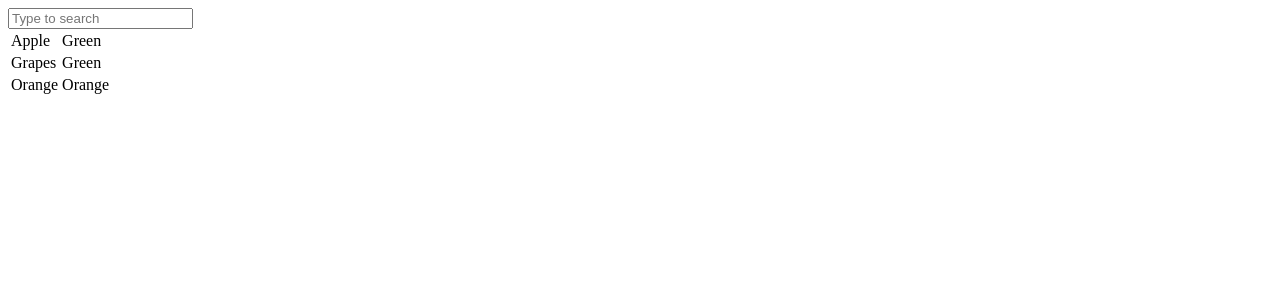
Repository: yamadayurika/rails
Page: RealTimeFilter/filter.html
The author's editor kept a record of every edit. The page is drawn from the files as they stood at one moment, then again after the next edit.
The browser window is 1280 px wide. The pictures show the whole page.
Some web libraries are served in a nearby version.

Above is the page before.

After the next edit:
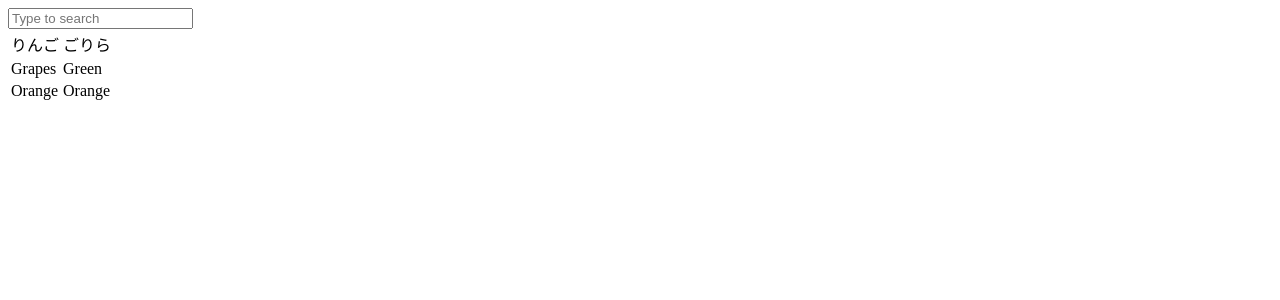
The edit:
--- a/RealTimeFilter/filter.html
+++ b/RealTimeFilter/filter.html
@@ -8,8 +8,8 @@
 <input type="text" id="search" placeholder="Type to search">
 <table id="table">
    <tr>
-      <td>Apple</td>
-      <td>Green</td>
+      <td>りんご</td>
+      <td>ごりら</td>
    </tr>
    <tr>
       <td>Grapes</td>
